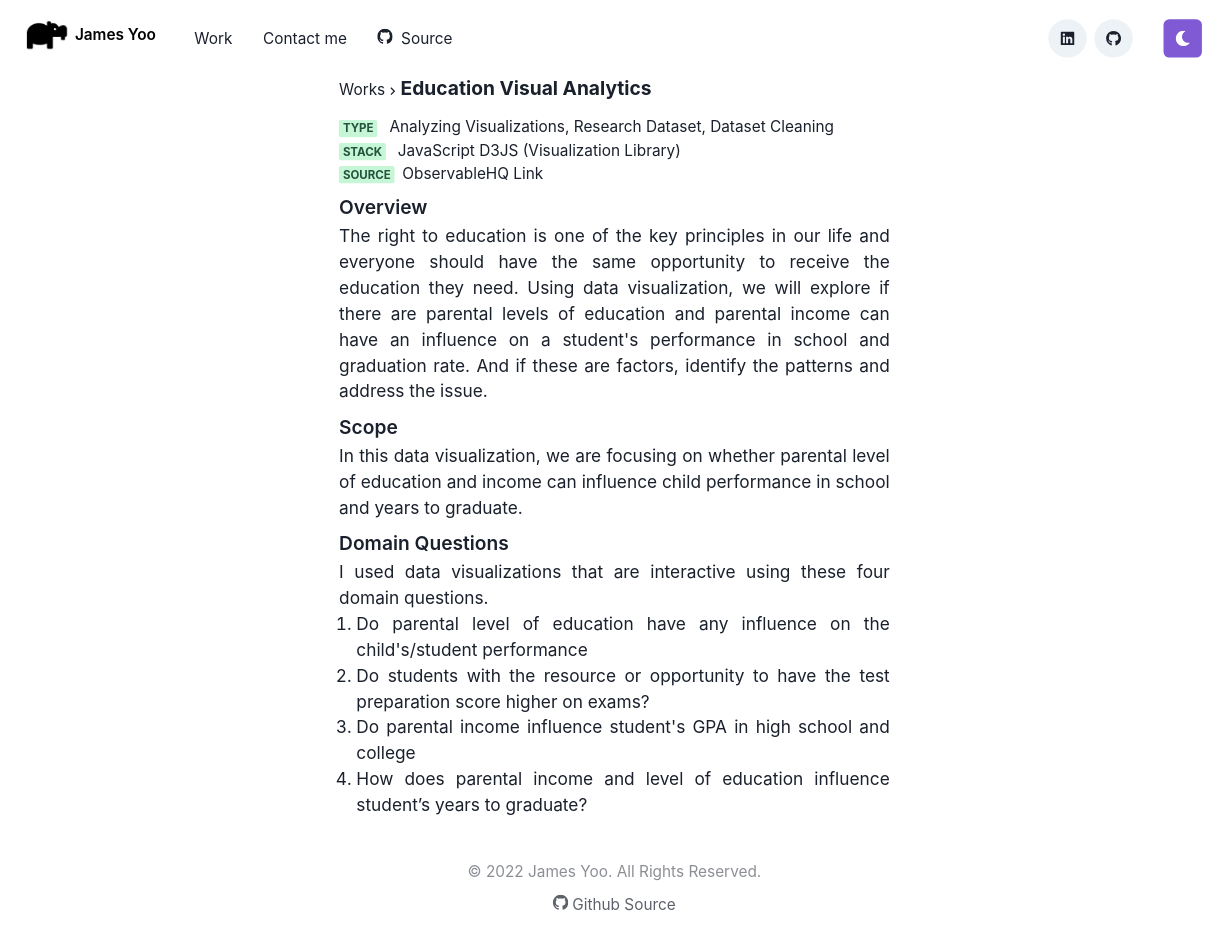
Repository: jammy729/portfolio-2022
Page: /work/educationvisualanalytics
These files come from the project's save history. The page is drawn as it stood at one moment and after the next save; the edit follows.
The browser window is 1280 px wide. The pictures show the whole page, at 96% of full size.
The project was rebuilt for these pictures with package versions that can differ from the ones it lists, and the page was loaded fresh each time. Also part of the build but not shown: src/components/home.js, src/components/contact.js, src/components/layouts/layout.js, src/components/work/work.js, src/components/work/Development/WorldInstitutionDatabase/worldinstitutiondatabase.js, src/components/work/Development/GeoMemories/geomemories.js, src/components/work/Design/ExperienceDesign/experiencedesign.js, src/components/work/Development/PersonalPortfolio/personalportfolio.js. Imported but missing from the stored project, and not drawn on this page: src/components/work/Design/FinestCup/finestcup, src/components/work/Development/WorldInstitutionDatabase/universityDatabase.mp4.

Above is the page before, as saved 2022-06-28 15:15:08.

### public/index.html
<!DOCTYPE html>
<html lang="en">
  <head>
    <meta charset="utf-8" />
    <meta name="viewport" content="width=device-width, initial-scale=1" />

    <link rel="shortcut icon" href="%PUBLIC_URL%/hippo.png" />
    <link rel="manifest" href="%PUBLIC_URL%/manifest.json" />

    <title>James Yoo</title>
  </head>
  <body>
    <div id="root"></div>
  </body>
</html>

### src/index.js
import React from 'react'
import ReactDOM from 'react-dom/client'
import './index.css'
import App from './components/App'
import { ChakraProvider, ColorModeScript } from '@chakra-ui/react'

const root = ReactDOM.createRoot(document.getElementById('root'))
root.render(
  <React.StrictMode>
    <ChakraProvider>
      <ColorModeScript initialColorMode='light' />
      <App />
    </ChakraProvider>
  </React.StrictMode>
)

### src/index.css
html, body {
    height: 100%;
  }

### src/components/App.js
import React from 'react'
import Navbar from './navbar'
import { BrowserRouter as Router, Routes, Route } from 'react-router-dom'
import Home from './home'
import Contact from './contact'
import Work from './work/work'
import Footer from './footer'

import UniversityDatabase from './work/Development/WorldInstitutionDatabase/worldinstitutiondatabase'
import GeoMemories from './work/Development/GeoMemories/geomemories'
import FinestCup from './work/Design/FinestCup/finestcup'
import ExperienceDesign from './work/Design/ExperienceDesign/experiencedesign'
import EducationVisualAnalytic from './work/Development/EducationVisualAnalytics/educationvisualanalytics'
import PersonalPortfolio from './work/Development/PersonalPortfolio/personalportfolio'

const App = () => {
  return (
    <Router>
      <Navbar />
      <Routes>
        <Route exact path='/' element={<Home />} />

        <Route exact path='/work' element={<Work />} />
        <Route
          exact
          path='/work/worldinstitutiondatabase'
          element={<UniversityDatabase />}
        />
        <Route exact path='/work/geomemories' element={<GeoMemories />} />
        <Route
          exact
          path='/work/educationvisualanalytics'
          element={<EducationVisualAnalytic />}
        />
        <Route
          exact
          path='/work/personalportfolio'
          element={<PersonalPortfolio />}
        />

        <Route exact path='/work/finestcup' element={<FinestCup />} />
        <Route
          exact
          path='/work/experiencedesign'
          element={<ExperienceDesign />}
        />
        <Route exact path='/contact' element={<Contact />} />
      </Routes>
      <Footer />
    </Router>
  )
}

export default App

### src/components/navbar.js
import { Link } from 'react-router-dom'
import { IconButton } from '@chakra-ui/button'
import { useColorMode } from '@chakra-ui/color-mode'
import { HamburgerIcon } from '@chakra-ui/icons'
import { GoMarkGithub } from 'react-icons/go'
import {
  Flex,
  Stack,
  HStack,
  Spacer,
  MenuItem,
  MenuButton,
  Menu,
  MenuList,
  Box,
  MenuGroup,
  Text,
  Icon
} from '@chakra-ui/react'
import { FaSun, FaMoon, FaGithub, FaLinkedin } from 'react-icons/fa'

import Logo from './logo'
const Navbar = () => {
  const { colorMode, toggleColorMode } = useColorMode()
  const isDark = colorMode === 'dark'
  return (
    <Stack direction={'row'} p={5}>
      <Flex w='full' mx={2}>
        <Logo />

        <HStack
          ml={7}
          justifyContent='center'
          display={{ base: 'none', lg: 'flex' }}
        >
          <Menu>
            <Box px={3}>
              <Link to='./work'>
                <Text>Work</Text>
              </Link>
            </Box>
            <Box px={3}>
              <Link to='/contact'>Contact me</Link>
            </Box>
            <Box px={3} alignItems='center' display='inline-flex'>
              <a
                href='https://github.com/jammy729/portfolio-2022'
                target='blank'
              >
                <Icon as={GoMarkGithub} mr={1} /> Source
              </a>
            </Box>
          </Menu>
        </HStack>

        <Spacer />

        <Box flex={3} align='right' fontSize='md' fontWeight='semibold'>
          <Box flex={1} display={{ base: 'inline-block', lg: 'none' }}>
            <Menu isLazy id='navbar-menu'>
              <IconButton
                boxSize='3rem'
                mx={1}
                icon={isDark ? <FaSun /> : <FaMoon />}
                onClick={toggleColorMode}
                colorScheme={isDark ? 'orange' : 'purple'}
              />
              <MenuButton
                boxSize='3rem'
                as={IconButton}
                icon={<HamburgerIcon />}
                aria-label='Options'
                colorScheme={isDark ? 'blue' : 'blackAlpha'}
              />
              <MenuList w={['80vw', '50vw']}>
                <MenuGroup>
                  <MenuItem pl={5}>
                    <Link to='./work'>Work</Link>
                  </MenuItem>
                  <MenuItem pl={5}>
                    <Link to='./contact'>Contact</Link>
                  </MenuItem>
                  <MenuItem pl={5}>
                    <a
                      href='https://www.linkedin.com/in/james-yoo-b4a1231a5/'
                      target='blank'
                    >
                      <Icon as={FaLinkedin} mr={1} />
                      LinkedIn
                    </a>
                  </MenuItem>
                  <MenuItem pl={5}>
                    <a href='https://github.com/jammy729' target='blank'>
                      <Icon as={GoMarkGithub} mr={1} />
                      GitHub
                    </a>
                  </MenuItem>
                </MenuGroup>
              </MenuList>
            </Menu>
          </Box>
        </Box>

        <Box display={{ base: 'none', lg: 'flex' }}>
          <a
            href='https://www.linkedin.com/in/james-yoo-b4a1231a5/'
            target='blank'
          >
            <IconButton
              icon={<FaLinkedin />}
              isRound='true'
              linkButton={true}
              mx={2}
            />
          </a>
          <a href='https://github.com/jammy729' target='blank'>
            <IconButton icon={<FaGithub />} isRound='true' linkButton={true} />
          </a>
          <IconButton
            ml={8}
            icon={isDark ? <FaSun /> : <FaMoon />}
            onClick={toggleColorMode}
            colorScheme={isDark ? 'orange' : 'purple'}
          />
        </Box>
      </Flex>
    </Stack>
  )
}

export default Navbar

### src/components/footer.js
import { Box, Icon, Text, Container, HStack } from '@chakra-ui/react'
import styled from '@emotion/styled'
import { GoMarkGithub } from 'react-icons/go'

const Bottom = styled.div`
  position: relative;
  width: 100%;
  text-align: center;
  padding-bottom: 10px;
`

const Footer = () => {
  return (
    <Box as='footer'  w="100%" position="absolute" justifyContent="space-between" mt='2rem'>
      <Container opacity={0.5}>
        <Bottom>
          &copy; {new Date().getFullYear()} James Yoo. All Rights Reserved.
        </Bottom>
      </Container>

      <HStack>
        <Bottom>
          <a
            href='https://github.com/jammy729/portfolio-2022'
            target='_blank'
            rel='noopener noreferrer'
          >
            <Text
              opacity={0.7}
              _hover={{
                opacity: '1'
              }}
            >
              <Icon as={GoMarkGithub} mr={1} />
              Github Source
            </Text>
          </a>
        </Bottom>
      </HStack>
    </Box>
  )
}

export default Footer

### src/components/work/Development/EducationVisualAnalytics/educationvisualanalytics.js
import React from 'react'
import { Title, WorkImage, Tag } from '../../../layouts/work-grid'
import { Box, Container, List, ListItem, OrderedList } from '@chakra-ui/react'
import { Writing, DescriptionText } from '../../layout'

const EducationVisualAnalytics = () => {
  return (
    <Box>
      <Container>
        <Title>Education Visual Analytics</Title>
        {/* BADGES  */}
        <List>
          <ListItem>
            <Tag> Type </Tag> Analyzing Visualizations, Research Dataset,
            Dataset Cleaning
          </ListItem>
          <ListItem>
            <Tag> Stack </Tag> JavaScript D3JS (Visualization Library)
          </ListItem>
          <ListItem>
            <Tag> Source </Tag>
            <a
              target='blank'
              href='https://observablehq.com/@jamesyoo/iat-355-final-project-spring-2021/2'
            >
              ObservableHQ Link
            </a>
          </ListItem>
        </List>

        {/* OVERVIEW   */}
        <Writing size='md' title='Overview' />
        <DescriptionText>
          The right to education is one of the key principles in our life and
          everyone should have the same opportunity to receive the education
          they need. Using data visualization, we will explore if there are
          parental levels of education and parental income can have an influence
          on a student's performance in school and graduation rate. And if these
          are factors, identify the patterns and address the issue.
        </DescriptionText>

        {/* SCOPE  */}
        <Writing size='md' title='Scope' />
        <DescriptionText>
          In this data visualization, we are focusing on whether parental level
          of education and income can influence child performance in school and
          years to graduate.
        </DescriptionText>

        {/* DOMAIN QUESTIONS  */}
        <Writing size='md' title='Domain Questions' />
        <DescriptionText>
          I used data visualizations that are interactive using these four
          domain questions.
          <OrderedList>
            <ListItem>
              Do parental level of education have any influence on the
              child's/student performance
            </ListItem>
            <ListItem>
              Do students with the resource or opportunity to have the test
              preparation score higher on exams?
            </ListItem>
            <ListItem>
              Do parental income influence student's GPA in high school and
              college
            </ListItem>
            <ListItem>
              How does parental income and level of education influence
              student’s years to graduate?
            </ListItem>
          </OrderedList>
        </DescriptionText>
      </Container>
    </Box>
  )
}

export default EducationVisualAnalytics

/* <Center>
<Container>
  <Title>Education Visual Analytic</Title>
  <Text fontSize={isLargeScreen ? "lg" : "lg"} py={3}>
    Designed and implemented an interactive visualization for
    multidimensional data using Observable.{" "}
  </Text>
  <Text fontSize={isLargeScreen ? "lg" : "lg"} py={3}>
    Implemented two datasets to investigate and question the impact of
    parental levels of education and income on the student's performance
    in school and graduation rate.
  </Text>
  <List py={2}>
    <ListItem>
      <Tag>Type</Tag> Academic Project
    </ListItem>
    <ListItem>
      <Tag>Stack</Tag> JavaScript and D3JS (visualization library)
    </ListItem>
    <ListItem>
      <Tag>Website</Tag>{" "}
      <a href="https://observablehq.com/@jamesyoo/iat-355-final-project-spring-2021/2">
        https://observablehq.com/@jamesyoo/iat-355-final-project-spring-2021/2
      </a>
    </ListItem>
  </List>
</Container>
</Center> */

### src/components/logo.js
import React from 'react'
import { Box, Center, Image, Heading, Text } from '@chakra-ui/react'
import { Link } from 'react-router-dom'
import { useColorMode } from '@chakra-ui/color-mode'
import styled from '@emotion/styled'
import HippoImg from '../contents/hippo.png'
import HippoImgDark from '../contents/hippo-dark.png'
import { useMediaQuery } from '@chakra-ui/react'

const LogoBox = styled.span`
  display: inline-flex;
  align-items: center;

  &:hover img {
    transform: rotate(-10deg);
  }
`
const Logo = () => {
  const { colorMode } = useColorMode()
  const isDark = colorMode === 'dark'
  const [isLargeScreen] = useMediaQuery('(min-width:750px)')
  return (
    <Box>
      <Center>
        <LogoBox>
          <Image
            src={isDark ? HippoImgDark : HippoImg}
            w={{ base: '50px' }}
            pr={2}
          />
          <Heading
            justifyContent='center'
            size={isLargeScreen ? 'md' : 'md'}
            fontWeight='semibold'
            color={isDark ? 'white' : 'black'}
          >
            <Link to='/'>
              <Text fontSize='md'>James Yoo</Text>
            </Link>
          </Heading>
        </LogoBox>
      </Center>
    </Box>
  )
}

export default Logo

### src/components/layouts/work-grid.js
import React from 'react'
import { Link } from 'react-router-dom'
import {
  Box,
  LinkBox,
  LinkOverlay,
  Text,
  Image,
  Heading,
  Badge,
  Center
} from '@chakra-ui/react'
import { useMediaQuery } from '@chakra-ui/media-query'
import { ChevronRightIcon } from '@chakra-ui/icons'
import { useColorMode } from '@chakra-ui/color-mode'

export const WorkGrid = ({ children, id, title, thumbnail }) => {
  const [isLargeScreen] = useMediaQuery('(min-width:750px)')

  return (
    <Box maxW='100%' maxH='auto' pb={6} textAlign='center' position='relative'>
      <Link to={`/work/${id}`}>
        <LinkBox cursor='pointer'>
          <Image
            objectFit='cover'
            margin='auto'
            src={thumbnail}
            alt={title}
            placeholder='blur'
            w='100%'
            h={isLargeScreen ? '300px' : '270px'}
            borderRadius='lg'
            fallbackSrc='https://via.placeholder.com/150'
          />
          <LinkOverlay to={`/work/${id}`}>
            <Text mt={2} fontSize={20} fontWeight='semibold'>
              {title}
            </Text>
          </LinkOverlay>
          <Text fontSize={14} px={5}>
            {children}
          </Text>
        </LinkBox>
      </Link>
    </Box>
  )
}

export const Title = ({ children }) => (
  <Box>
    <Link to='/work'>Works</Link>
    <span>
      <ChevronRightIcon />
    </span>
    <Heading display='inline-block' as='h3' fontSize={20} mb={4}>
      {children}
    </Heading>
  </Box>
)

export const WorkImage = ({ src, alt, caption, w }) => {
  const { colorMode } = useColorMode()

  const isDark = colorMode === 'dark'
  return (
    <Box mb={3}>
      <Image borderRadius='2xl' w={w} src={src} alt={alt} mt={4} />
      <Center>
        <Text color={isDark ? 'gray.300' : 'gray.500'}>{caption}</Text>
      </Center>
    </Box>
  )
}

export const Tag = ({ children }) => (
  <Badge colorScheme='green' mr={2}>
    {children}
  </Badge>
)

### src/components/work/layout.js
import React from 'react'
import { Link } from 'react-router-dom'
import { useColorMode } from '@chakra-ui/color-mode'
import { useMediaQuery } from '@chakra-ui/media-query'

import {
  Center,
  Flex,
  Box,
  Text,
  Button,
  Stack,
  Heading,
  Image
} from '@chakra-ui/react'
import profile from '../work/Home/profile.JPG'
export const HeroSection = ({ name, role, work, contact, src }) => {
  const { colorMode } = useColorMode()
  const isDark = colorMode === 'dark'

  const [isLargeScreen] = useMediaQuery('(min-width:750px)')
  return (
    <Center>
      <Flex>
        <Box>
          <Center>
            <Image
              boxSize={isLargeScreen ? '300px' : '250px'}
              src={profile}
              objectFit='cover'
              borderRadius='lg'
            />
          </Center>

          <Text fontSize='3xl' fontWeight='semibold'>
            {name}
          </Text>
          <Text color={isDark ? 'gray.200' : 'black'} mb={4}>
            {role}
          </Text>
          <Stack direction={isLargeScreen ? 'row' : 'column'}>
            <Link to='./work'>
              <Button
                colorScheme='teal'
                cursor='pointer'
                variant='solid'
                w='100%'
              >
                {work}
              </Button>
            </Link>

            <Link to='./contact'>
              <Button
                colorScheme='teal'
                cursor='pointer'
                variant='outline'
                w='100%'
              >
                {contact}
              </Button>
            </Link>
          </Stack>
        </Box>
      </Flex>
    </Center>
  )
}

export const About = ({ title, bio }) => {
  const [isLargeScreen] = useMediaQuery('(min-width:750px)')

  return (
    <Center>
      <Box width={isLargeScreen ? '600px' : '80%'} margin='auto'>
        <Heading size={isLargeScreen ? 'md' : 'lg'} as='u'>
          {title}
        </Heading>
        <Text
          textAlign='justify'
          py='10px'
          fontSize={{ sm: 'lg', md: 'lg', lg: 'md' }}
        >
          {bio}
        </Text>
      </Box>
    </Center>
  )
}

export const Writings = ({ size, title, description }) => {
  return (
    <>
      <Heading size={size} mt={3} mb={1} fontWeight='semibold'>
        {title}
      </Heading>
      <Text mb={3} fontSize='lg' textAlign='justify'>
        {description}
      </Text>
    </>
  )
}

export const Writing = ({ size, title }) => {
  return (
    <>
      <Heading size={size} mt={3} mb={1} fontWeight='semibold'>
        {title}
      </Heading>
    </>
  )
}

export const DescriptionText = ({ children }) => {
  return (
    <>
      <Text mb={3} fontSize='lg' textAlign='justify'>
        {children}
      </Text>
    </>
  )
}

After the next save:
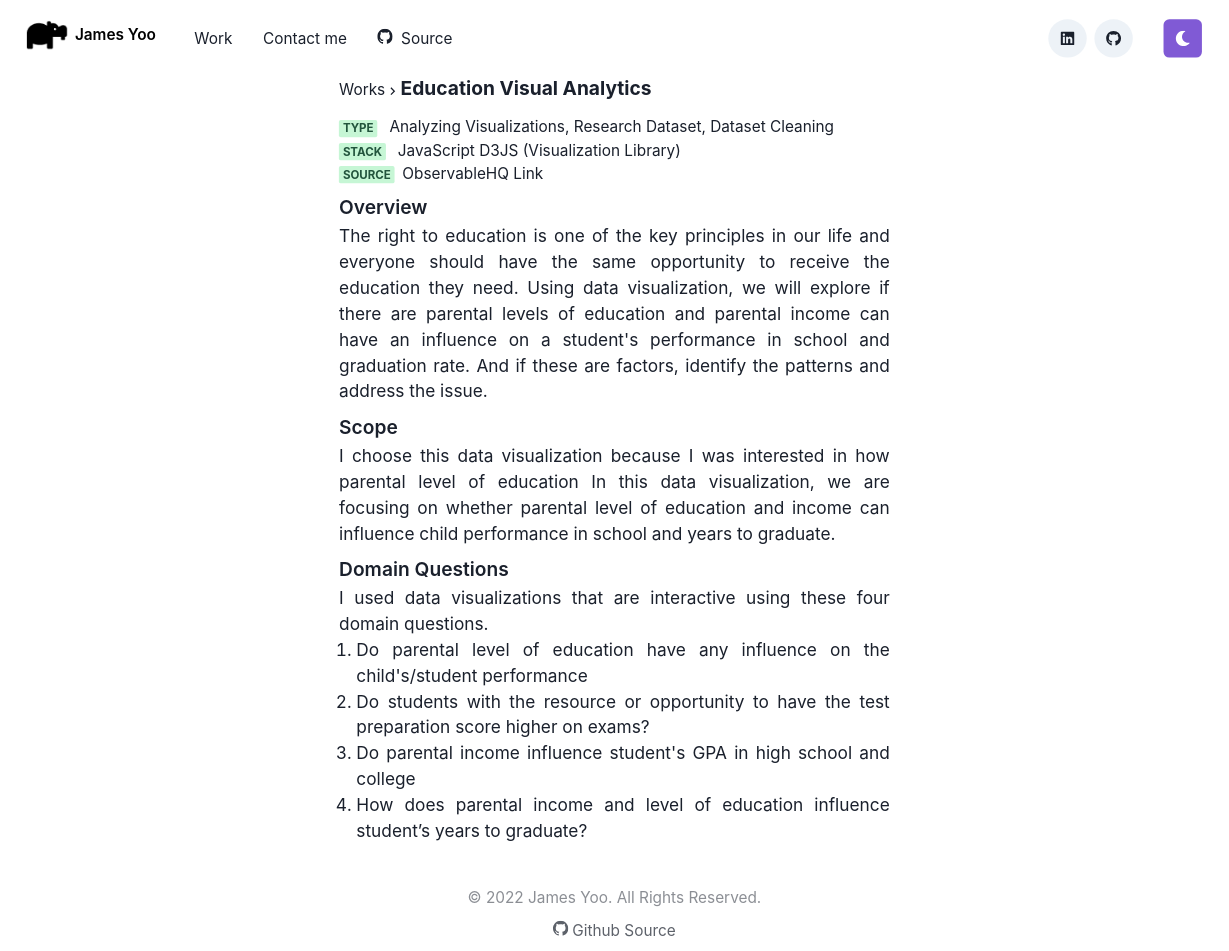
Saved 35 s later.
--- a/src/components/work/Development/EducationVisualAnalytics/educationvisualanalytics.js
+++ b/src/components/work/Development/EducationVisualAnalytics/educationvisualanalytics.js
@@ -42,6 +42,8 @@ const EducationVisualAnalytics = () => {
         {/* SCOPE  */}
         <Writing size='md' title='Scope' />
         <DescriptionText>
+          I choose this data visualization because I was interested in how parental level of education
+
           In this data visualization, we are focusing on whether parental level
           of education and income can influence child performance in school and
           years to graduate.
